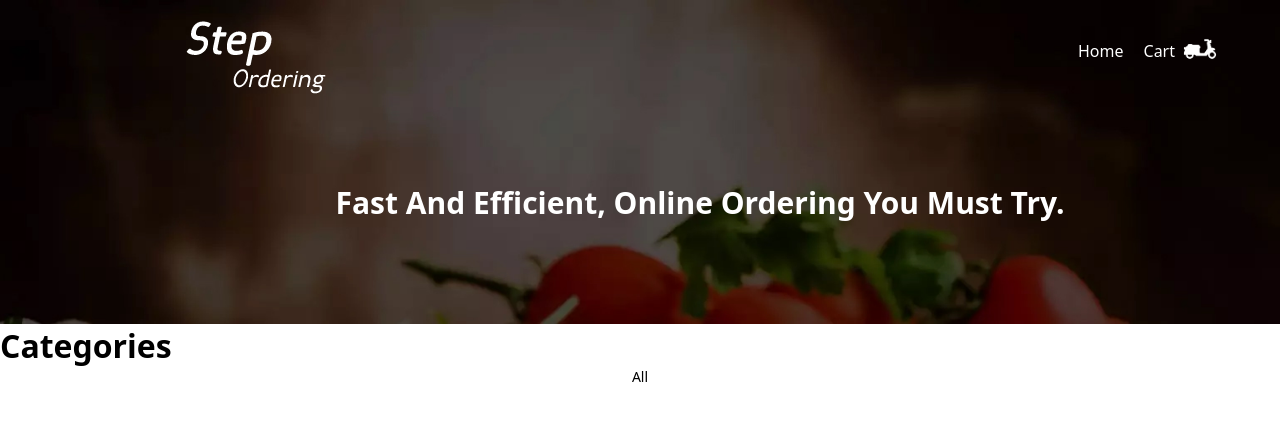
Repository: anastasia29-step/Online-Restaurant
Page: index.html
An editor plug-in stored every save of this project. The page is shown before and after the next save, followed by the edit.
The browser window is 1280 px wide. The pictures show the whole page.

Above is the page before, as saved 2026-03-09 16:36:33.
Not found: app.js/

After the next save:
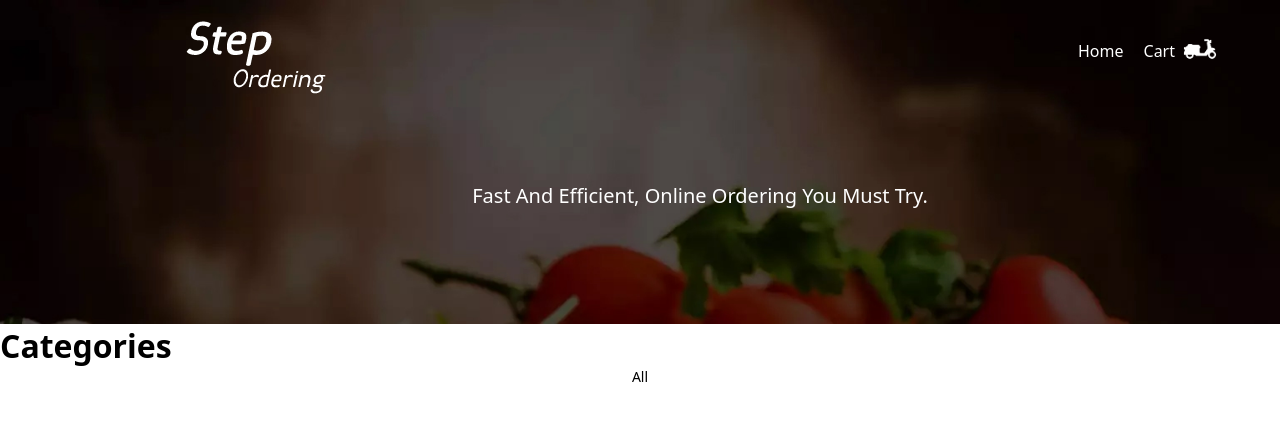
Saved 32 s later.
--- a/style.css
+++ b/style.css
@@ -49,7 +49,7 @@ ul {
     margin-left: -25px;
 }
 
-.FirstLine .bottom {
+.FirstLine .bottom h1 {
     text-align: center;
     color: white;
     margin-top: 80px;
